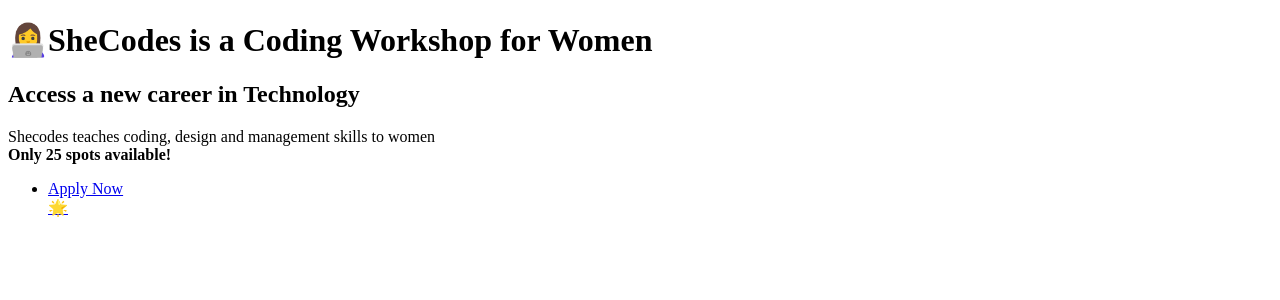
Repository: onalennaleso/empty
Page: index.html
The author's editor kept a copy of each file at every save. The page is drawn from the files as they stood at one save, then again after the next save.
The browser window is 1280 px wide. The pictures show the whole page.

Above is the page before, as saved 2024-02-20 04:31:19.

### index.html
<!DOCTYPE html>
<html lang="en">

<head>
  <meta charset="UTF-8">
  <meta name="viewport" content="width=device-width, initial-scale=1.0">
  <title>SheCodes</title>
</head>

<body>
  <h1>
    <strong>
      👩‍💻SheCodes is a Coding Workshop for Women
    </strong>
  </h1>
  <h2>
    <strong>
      Access a new career in Technology
    </strong>
  </h2>
  <p>
    Shecodes teaches coding, design and management skills to women
    <br />
    <strong>
      Only 25 spots available!
    </strong>
  </p>
  <ul>
    <li>
      <a href="https://shecodes.io">
        Apply Now
        <br />
        🌟
      </a>
    </li>
  </ul>
</body>

</html>

After the next save:
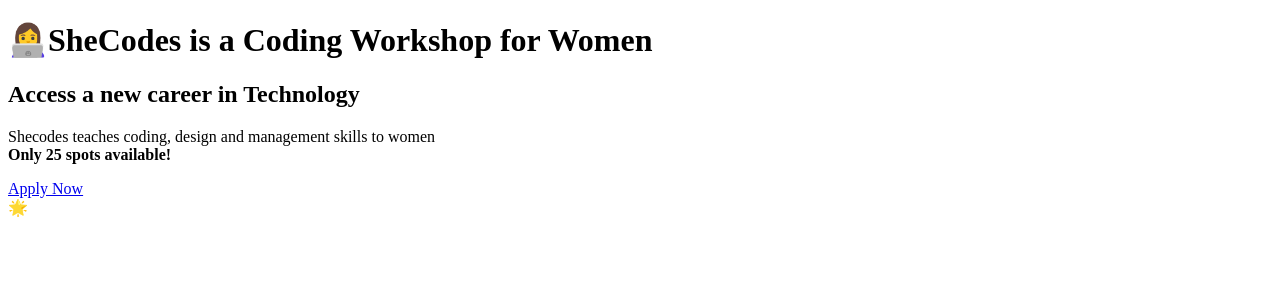
Saved 2 min 2 s later.
--- a/index.html
+++ b/index.html
@@ -25,15 +25,13 @@
       Only 25 spots available!
     </strong>
   </p>
-  <ul>
-    <li>
-      <a href="https://shecodes.io">
-        Apply Now
-        <br />
-        🌟
-      </a>
-    </li>
-  </ul>
+  <p>
+    <a href="https://shecodes.io">
+      Apply Now
+    </a>
+    <br />
+    🌟
+  </p>
 </body>
 
 </html>
